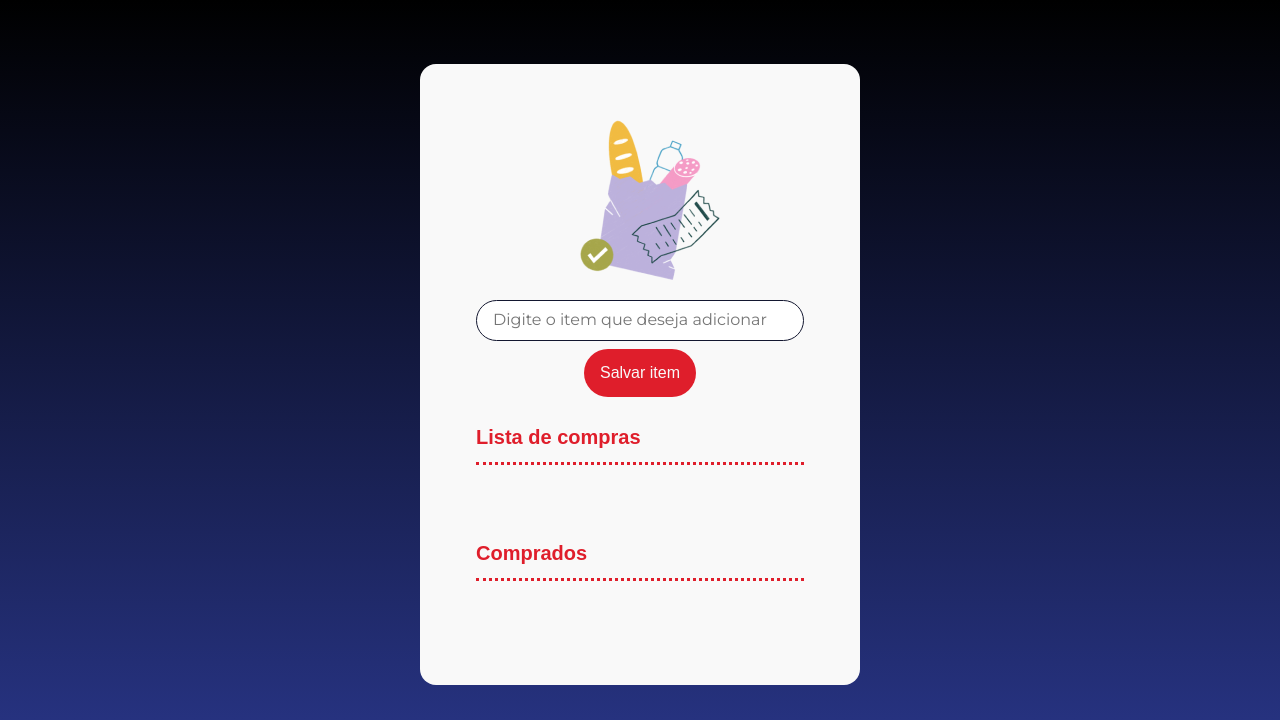
Repository: joaoPraiaJunior/compras_js
Page: index.html
The author's editor kept a copy of each file at every save. The page is drawn from the files as they stood at one save, then again after the next save.
The browser window is 1280 px wide. The pictures show the whole page.
Some web fonts or font styles are not loaded; a fallback is used.

Above is the page before, as saved 2024-08-23 13:34:00.

### index.html
<!DOCTYPE html>
<html lang="pt-BR" dir="ltr">

<head>
    <meta charset="UTF-8">
    <meta name="viewport" content="width=device-width, initial-scale=1.0">
    <meta name="description" content="Lista de compras">
    <title>Lista de Compras</title>
    <link rel="preconnect" href="https://fonts.googleapis.com">
    <link rel="preconnect" href="https://fonts.gstatic.com" crossorigin>
    <link href="https://fonts.googleapis.com/css2?family=Krona+One&family=Montserrat&family=Numans&display=swap" rel="stylesheet">
    <link rel="stylesheet" href="./css/styles.css">
</head>

<body>
    <header>
        <img src="./img/bag.png" alt="sacola de compras">
    </header>
    <main>
        <form class="compras" data-js="form-compras">
            <input class="compras__campo" type="text" name="compra" placeholder="Digite o item que deseja adicionar" data-js="input-do-item" required>
            <button type="submit" class="compras__botao" data-js="botao-adicionar-item">Salvar item</button>
        </form>
        <h1>Lista de compras</h1>
        <hr>

        <ul class="lista" data-js="lista-de-compras">
            <!-- <li class="lista__item">
                <div class="lista__container">
                    <div class="lista__compra">
                        <label class="checkbox" for="item-1">
                            <input class="checkbox__input" type="checkbox" id="item-1">
                            Ração de gato
                            <span class="checkbox__customizado checked"></span>
                        </label>
                    </div>
                    <div class="botao">
                        <button class="botao__excluir"><img src="./img/delete.svg" alt="Deletar"></button>
                        <button class="botao__editar"><img src="./img/edit.svg" alt="Editar"></button>
                    </div>
                </div>
                <p class="lista__data">Segunda-feira (<time datetime="2024-08-22">22/08/2024</time>) às <time>08:30</time></p>
            </li> -->
        </ul>

        <h2>Comprados</h2>
        <hr>

        <ul class="comprados" data-js="itens-comprados">

        </ul>
    </main>
    <script src="./js/scripts.js"></script>
</body>

</html>

### css/styles.css
* {
    box-sizing: border-box;
    margin: 0;
    padding: 0;
}

html {
    font-size: 62.5%;
}

:root {
    --cor-primaria: #df1e2b;
    --cor-secundaria: #C2373F;
    --neutro: #F9F9F9;
    --preto: #131730;
    --fonte-titulo: "Krona One", sans-serif;
    --fonte-texto: 'Numans', sans-serif;
    --degrade-azul: linear-gradient(180deg, #000000 0%, #26327F 100%);
}

body {
    display: flex;
    flex-direction: column;
    align-items: center;
    background: var(--degrade-azul);
    background-repeat: no-repeat;
    font-size: 1.6rem;
    height: 100vh;
}

header {
    text-align: center;
    margin-top: 6.4rem;
    background-color: var(--neutro);
    border-radius: 1.6rem 1.6rem 0 0;
    padding: 5.6rem 5.6rem 1.6rem 5.6rem;
    width: 44.0rem;

}

main {
    display: flex;
    flex-direction: column;
    align-items: center;
    gap: 2.4rem;
    background-color: var(--neutro);
    border-radius: 0 0 1.6rem 1.6rem;
    padding: 0 5.6rem 5.6rem 5.6rem;
    width: 44.0rem;
}

h1, h2 {
    align-self: flex-start;
    font-family: var(--fonte-titulo);
    font-size: 2.0rem;
    color: var(--cor-primaria);
    line-height: 3.3rem;
}

hr {
    border: none;
    border-bottom: .3rem dotted var(--cor-primaria);
    margin-bottom: 2.4rem;
    width: 100%;
}

hr:empty {
    margin-top: calc(1.6rem * -1);
}

p, label {
    font-family: var(--fonte-texto);
    font-size: 1.8rem;
    font-weight: 400;
    text-align: left;
    line-height: 2.4rem;
}


.compras {
    display: flex;
    flex-direction: column;
    gap: .8rem;
    width: 100%;
}

.compras__campo {
    border: .1rem solid var(--preto);
    border-radius: 2.4rem;
    padding: 1.2rem 1.6rem;
}

.compras__campo::placeholder {
    font-family: "Montserrat", sans-serif;
    font-size: 1.6rem;
    line-height: 1.9rem;
}

.compras__botao {
    align-self: center;
    font-family: var(--fonte-texto);
    font-size: 1.6rem;
    line-height: 2.4rem;
    color: var(--neutro);
    background-color: var(--cor-primaria);
    border: none;
    border-radius: 2.4rem;
    padding: 1.2rem 1.6rem;
    cursor: pointer;
}

.lista, .comprados {
    list-style: none;
    width: 100%;
}

.lista__item {
    margin-bottom: 1.0rem;
}

.lista__item:last-child {
    margin-bottom: 0;
}

.lista__item--comprado {
    text-decoration: line-through;
}

.lista__container {
    display: flex;
    align-items: center;
    justify-content: space-between;
}

.lista__compra {
    display: flex;
    align-items: center;
}

.lista__etiqueta {
    cursor: pointer;
}

.lista__data {
    font-size: 1.2rem;
    line-height: 2.0rem;
}

.checkbox {
    display: flex;
    align-items: center;
    flex-direction: row-reverse;
    cursor: pointer;
}
.checkbox__input {
    opacity: 0;
    width: 0;
    height: 0;
}

.checkbox__customizado {
    background-color: var(--neutro);
    margin-right: .8rem;
    border: .1rem solid var(--preto);
    border-radius: .4rem;
    width: 2.0rem;
    height: 2.0rem;
    cursor: pointer
}

.checkbox__customizado--checked {
    position: relative;
    background-color: var(--preto);
}

.checkbox__customizado--checked::before {
    content: "";
    position: absolute;
    top: -10%;
    left: 30%;
    width: .5rem;
    height: 1.4rem;
    border-top: .2rem solid var(--neutro);
    border-left: .2rem solid var(--neutro);
    transform: rotate(-140deg);
}

.botao {
    display: flex;
    gap: 1.0rem;
}

.botao__excluir, .botao__editar {
    background-color: transparent;
    border: none;
    cursor: pointer;
}

### js/scripts.js
const elementos = {
    formCompras: '[data-js="form-compras"]',
    inputDoItem: '[data-js="input-do-item"]',
    listaDeCompras: '[data-js="lista-de-compras"]',
    labelDoCheckbox: '[data-js="label-do-checkbox"]',
    inputDoCheckbox: '[data-js="input-do-checkbox"]',
    checkBoxCustomizado: '[data-js="checkbox-customizado"]',
    itensComprados: '[data-js="itens-comprados"]',
}

const formCompras = document.querySelector(elementos.formCompras);
const inputDoItem = document.querySelector(elementos.inputDoItem);
const listaDeCompras = document.querySelector(elementos.listaDeCompras);
const itensComprados = document.querySelector(elementos.itensComprados);
let contadorDeItens = 0;


function adicionarItemDeCompra(evento) {
    evento.preventDefault();
    const itemDeCompra = inputDoItem.value;
    inputDoItem.value = '';
    contadorDeItens++;
    listaDeCompras.appendChild(criarItemDaLista(itemDeCompra));
}

function criarItemDaLista(itemDeCompra) {
    const liDaLista = document.createElement('li');
    const divContainer = document.createElement('div');
    const divListaDeCompras = document.createElement('div');
    const labelDoCheckbox = document.createElement('label');
    const inputCheckbox = document.createElement('input');
    const checkBoxCustomizado = document.createElement('span');
    const divBotao = document.createElement('div');
    const botaoExcluir = document.createElement('button');
    const botaoEditar = document.createElement('button');
    const iconeExcluir = document.createElement('img');
    const iconeEditar = document.createElement('img');
    const paragrafoData = document.createElement('p');
    const data = document.createElement('time');
    const horas = document.createElement('time');

    liDaLista.classList.add('lista__item');
    divContainer.classList.add('lista__container');
    divListaDeCompras.classList.add('lista__compra');
    labelDoCheckbox.classList.add('checkbox');
    inputCheckbox.classList.add('checkbox__input');
    checkBoxCustomizado.classList.add('checkbox__customizado');
    checkBoxCustomizado.dataset.js = 'checkbox-customizado';
    divBotao.classList.add('botao');
    botaoExcluir.classList.add('botao__excluir');
    botaoEditar.classList.add('botao__editar');

    labelDoCheckbox.setAttribute('for', `item-${contadorDeItens}`);
    labelDoCheckbox.dataset.js = 'label-do-checkbox';
    inputCheckbox.setAttribute('type', 'checkbox');
    inputCheckbox.dataset.js = 'input-do-checkbox';
    inputCheckbox.setAttribute('id', `item-${contadorDeItens}`);
    iconeExcluir.setAttribute('src', './img/delete.svg');
    iconeExcluir.setAttribute('alt', 'Botão de excluir item da lista de compras');
    iconeEditar.setAttribute('src', './img/edit.svg');
    iconeEditar.setAttribute('alt', 'Botão de editar item da lista de compras');

    liDaLista.appendChild(divContainer);
    divContainer.appendChild(divListaDeCompras);
    divListaDeCompras.appendChild(labelDoCheckbox);
    labelDoCheckbox.textContent = `${textoCapitalizado(itemDeCompra)}`;
    labelDoCheckbox.appendChild(inputCheckbox);
    labelDoCheckbox.appendChild(checkBoxCustomizado);
    divContainer.appendChild(divBotao);
    divBotao.appendChild(botaoExcluir);
    divBotao.appendChild(botaoEditar);
    botaoExcluir.appendChild(iconeExcluir);
    botaoEditar.appendChild(iconeEditar);

    checkboxMarcado(labelDoCheckbox, liDaLista);

    return liDaLista;
}

function checkboxMarcado(labelDoCheckbox, liDaLista) {
    labelDoCheckbox.addEventListener('click', function (evento) {
        const checkboxAlvo = evento.currentTarget.querySelector(elementos.inputDoCheckbox);
        const checkboxcustomizadoAlvo = evento.currentTarget.querySelector(elementos.checkBoxCustomizado);

        alteracaoVisualDoCheckbox(checkboxAlvo, checkboxcustomizadoAlvo);
        inserirItensComprados(checkboxAlvo, liDaLista);

    });
}

function alteracaoVisualDoCheckbox(checkboxAlvo, checkboxCustomizadoAlvo) {
    if (checkboxAlvo.checked) {
        checkboxCustomizadoAlvo.classList.add('checkbox__customizado--checked');
    } else {
        checkboxCustomizadoAlvo.classList.remove('checkbox__customizado--checked');
    }
}

function inserirItensComprados(checkboxAlvo, liDaLista) {

    if (checkboxAlvo.checked) {
        itensComprados.appendChild(liDaLista);
        liDaLista.classList.add('lista__item--comprado');
    } else {
        listaDeCompras.appendChild(liDaLista);
        liDaLista.classList.remove('lista__item--comprado');
    }

}

function textoCapitalizado(itemDeCompra) {
    const palavras = itemDeCompra.split(' ');

    const palavrasCapitalizadas = palavras.map(function (palavra) {
        return palavra.charAt(0).toUpperCase() + palavra.slice(1).toLowerCase();
    });

    return palavrasCapitalizadas.join(' ');
}

formCompras.addEventListener('submit', adicionarItemDeCompra);

After the next save:
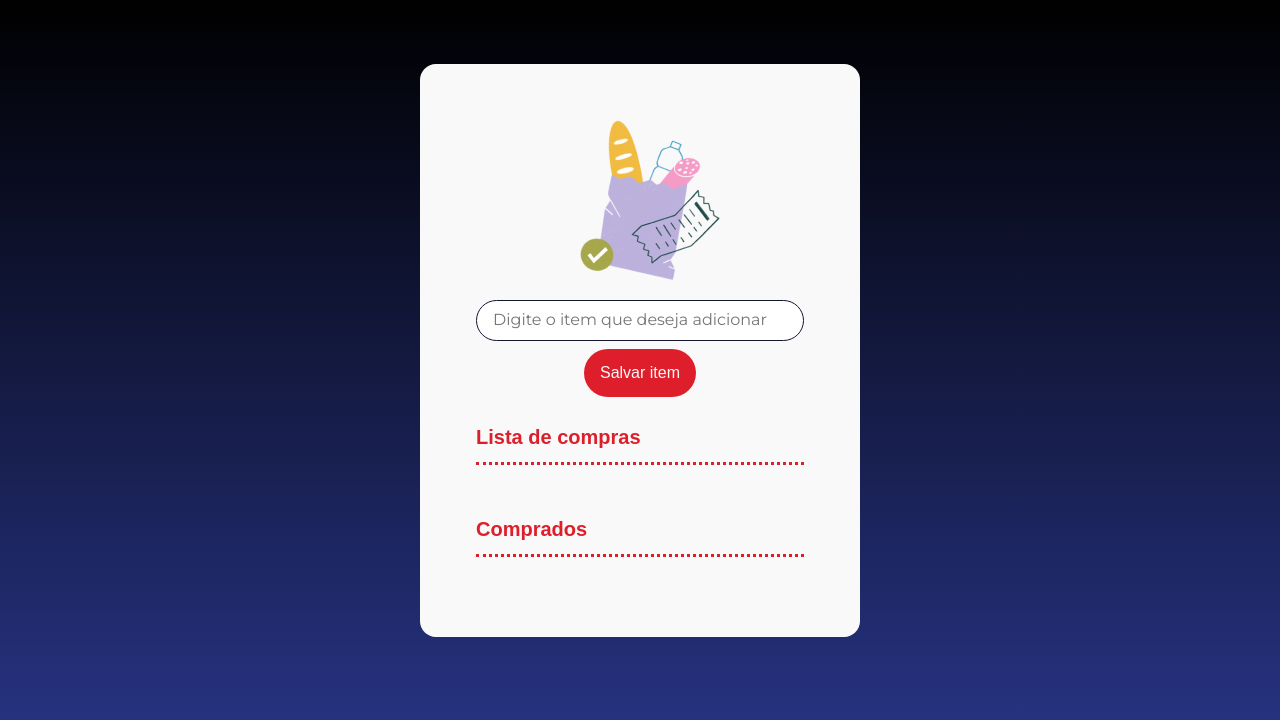
Saved 3 min 50 s later.
--- a/css/styles.css
+++ b/css/styles.css
@@ -66,6 +66,7 @@ hr {
 
 hr:empty {
     margin-top: calc(1.6rem * -1);
+    margin-bottom: 0;
 }
 
 p, label {
